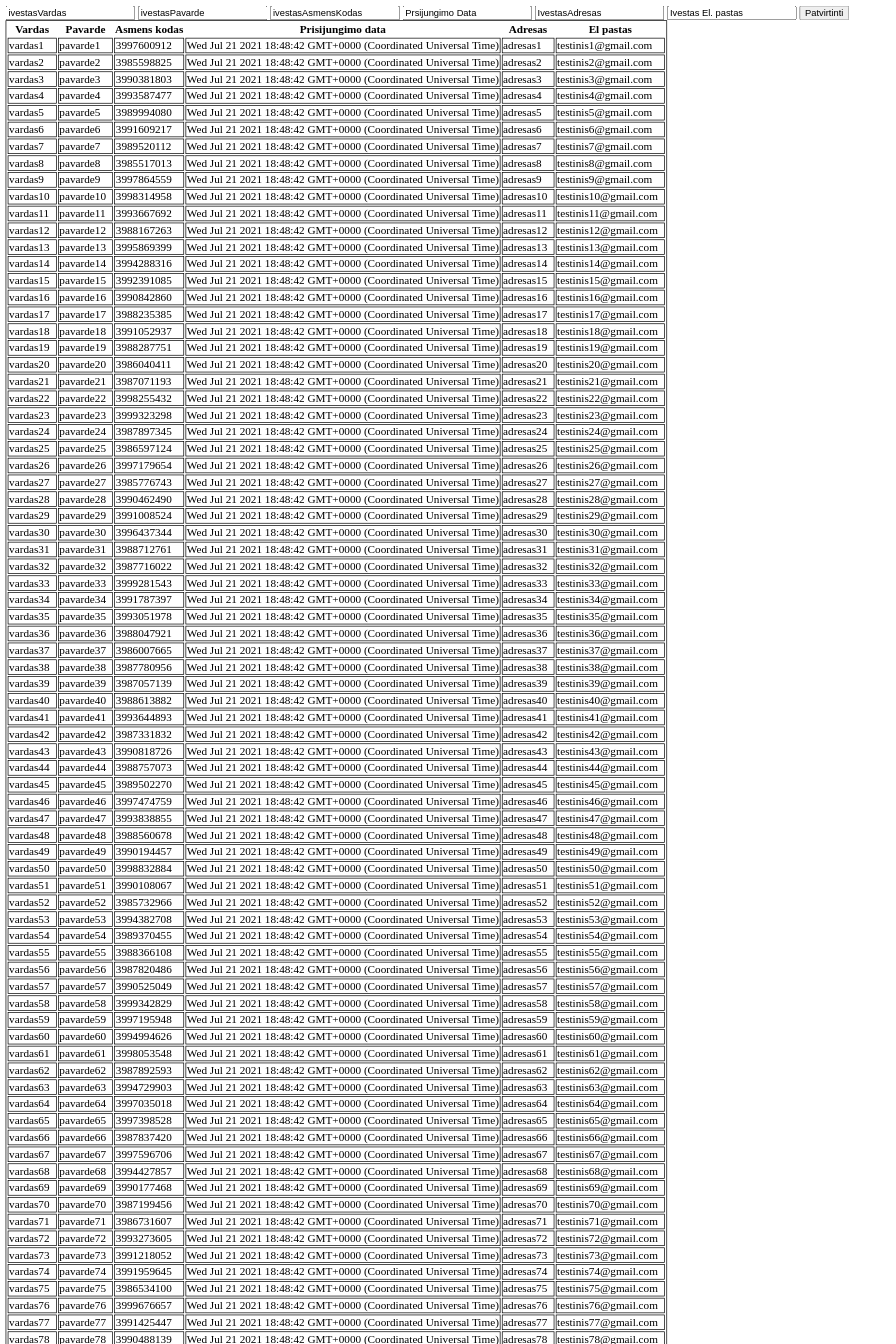
Repository: motiejus1/29-paskaita-05.31
Page: index.html
The author's editor kept a copy of each file at every save. The page is drawn from the files as they stood at one save, then again after the next save.
The browser window is 1280 px wide. The pictures show the part of the page from y = 0 to 1920 px (the page is 4863 px tall before and 720 px after), at 70% of full size.

Above is the page before, as saved 2021-07-21 19:06:26.

After the next save:
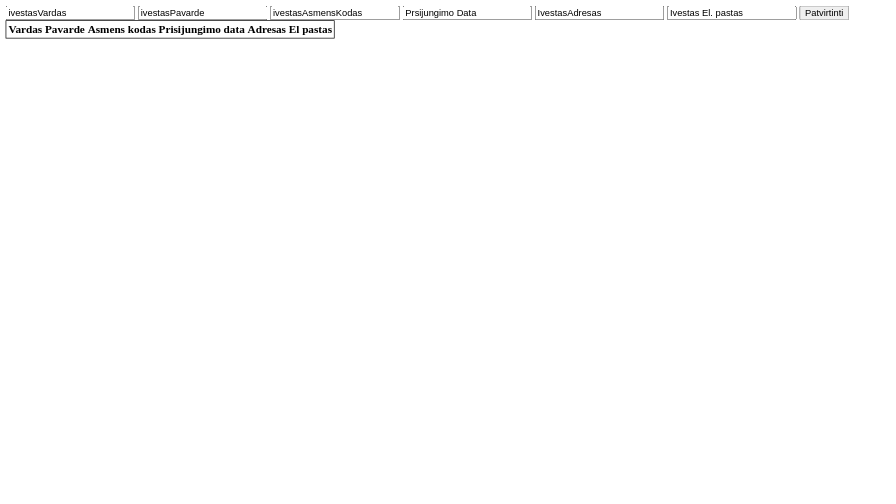
Console error: SyntaxError: Unexpected token ']'
Saved 24 s later.
--- a/index.html
+++ b/index.html
@@ -153,7 +153,7 @@
 
         //Vardo atvaizdavimas
         var vardas = document.createElement("td");
-        vardas.innerText = klientuMasyvas[i].vardas;
+        vardas.innerText = klientuMasyvas[].vardas;
         eilute.append(vardas);
 
         //Pavarde atvaizdavimas
